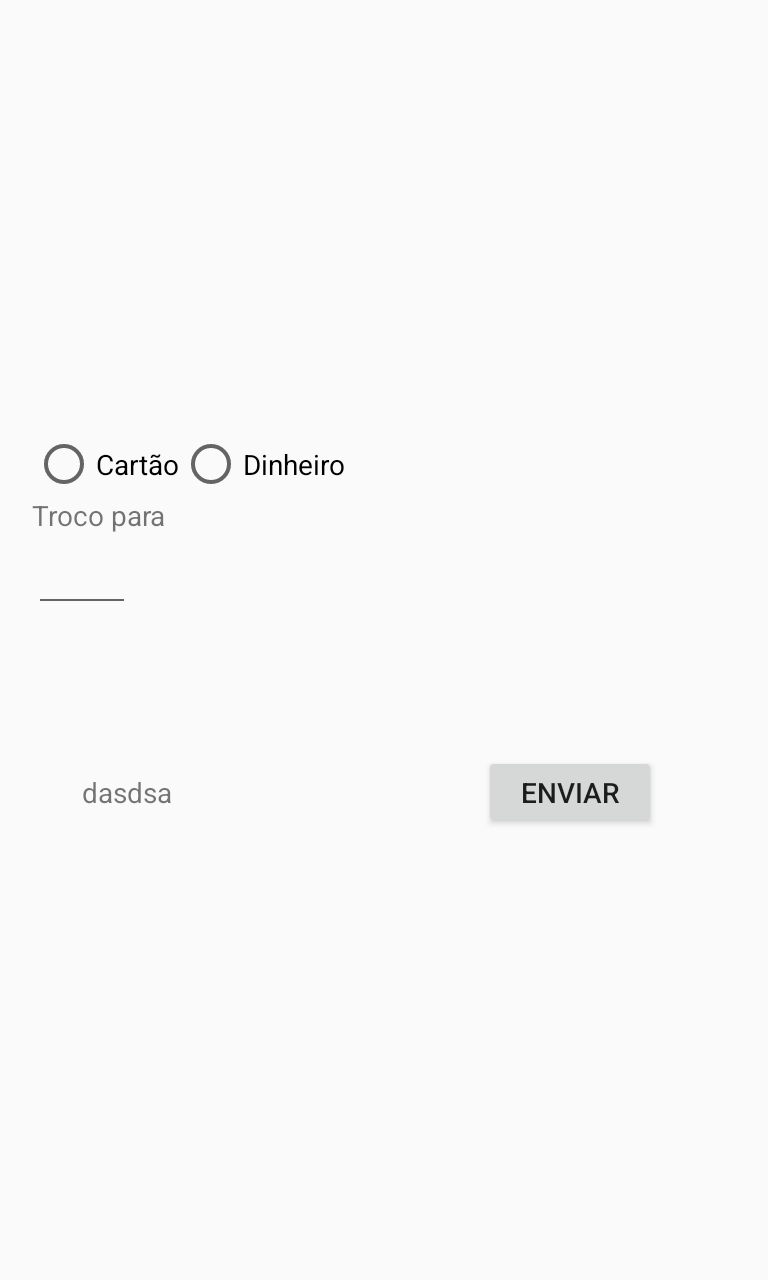
Repository: anzileiro/iot-mobilecup
Layout: iCinema/res/layout/activity_pedido.xml
The author's editor kept a copy of each file at every save. The layout is drawn from the files as they stood at one save, then again after the next save.
It is drawn on a 768 x 1280 px phone screen (xhdpi) without system bars, with theme AppTheme; the app's code is not run. Lists and similar views that code fills are empty.

Above is the layout before, as saved 2014-10-30 05:22:07.

### iCinema/res/layout/activity_pedido.xml
<RelativeLayout xmlns:android="http://schemas.android.com/apk/res/android"
    xmlns:tools="http://schemas.android.com/tools"
    android:layout_width="match_parent"
    android:layout_height="match_parent"
    android:paddingBottom="@dimen/activity_vertical_margin"
    android:paddingLeft="@dimen/activity_horizontal_margin"
    android:paddingRight="@dimen/activity_horizontal_margin"
    android:paddingTop="@dimen/activity_vertical_margin"
    tools:context=".PedidoActivity" >

    <RelativeLayout
        android:id="@+id/lstProduto"
        android:layout_width="match_parent"
        android:layout_height="200dp" >

        <ListView
            android:id="@id/android:list"
            android:layout_width="match_parent"
            android:layout_height="match_parent" />
    </RelativeLayout>

    <LinearLayout
        android:layout_width="match_parent"
        android:layout_height="200dp"
        android:layout_below="@id/lstProduto"
        android:layout_weight="0.3"
        android:orientation="vertical" >

        <LinearLayout
            android:layout_width="match_parent"
            android:layout_height="0dp"
            android:layout_weight="0.8"
            android:orientation="vertical" >

            <RadioGroup
                android:id="@+id/rgrFormaPagamento"
                android:layout_width="wrap_content"
                android:layout_height="wrap_content"
                android:orientation="horizontal" >

                <RadioButton
                    android:id="@+id/rbuCartao"
                    android:layout_width="wrap_content"
                    android:layout_height="wrap_content"
                    android:text="Cartão" />

                <RadioButton
                    android:id="@+id/rbuDinheiro"
                    android:layout_width="wrap_content"
                    android:layout_height="wrap_content"
                    android:text="Dinheiro" />
            </RadioGroup>

            <TextView
                android:layout_width="wrap_content"
                android:layout_height="wrap_content"
                android:text="Troco para" />

            <EditText
                android:id="@+id/eteTrocoPara"
                android:layout_width="50dp"
                android:layout_height="wrap_content"
                android:inputType="number" />
        </LinearLayout>

        <RelativeLayout
            android:layout_width="match_parent"
            android:layout_height="0dp"
            android:layout_weight="0.2" >

            <TextView
                android:id="@+id/txtTotal"
                android:layout_width="wrap_content"
                android:layout_height="wrap_content"
                android:layout_alignParentLeft="true"
                android:layout_centerVertical="true"
                android:layout_marginLeft="25dp"
                android:gravity="bottom|left"
                android:text="dasdsa" />

            <Button
                android:id="@+id/button1"
                android:layout_width="wrap_content"
                android:layout_height="wrap_content"
                android:layout_alignParentBottom="true"
                android:layout_alignParentRight="true"
                android:layout_marginRight="39dp"
                android:onClick="enviar"
                android:text="Enviar" />
        </RelativeLayout>
    </LinearLayout>

</RelativeLayout>

Loaded but not shown: iCinema/res/values/styles.xml (common file); iCinema/res/values-v11/styles.xml (common file); iCinema/res/values-v14/styles.xml (common file); iCinema/res/values/dimens.xml (common file); iCinema/res/values-w820dp/dimens.xml (common file)

After the next save:
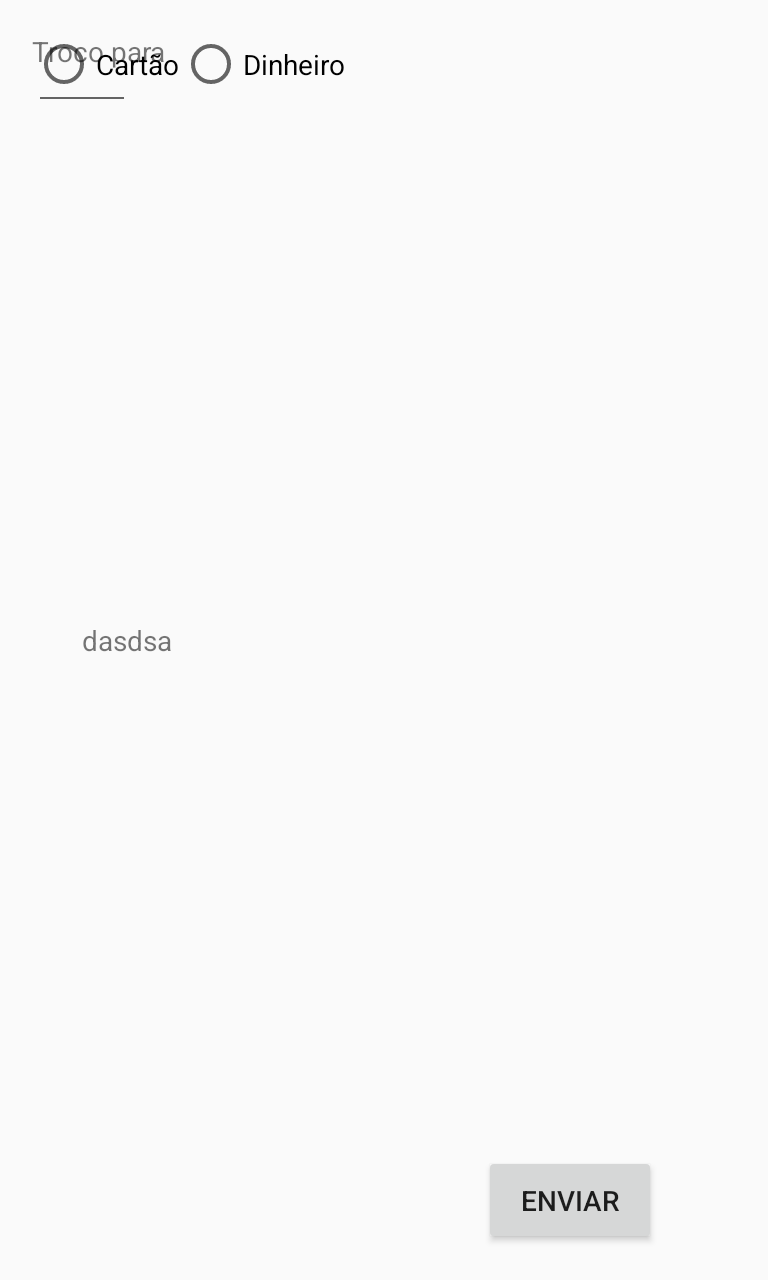
Saved 83 s later.
--- a/iCinema/res/layout/activity_pedido.xml
+++ b/iCinema/res/layout/activity_pedido.xml
@@ -8,86 +8,60 @@
     android:paddingTop="@dimen/activity_vertical_margin"
     tools:context=".PedidoActivity" >
 
-    <RelativeLayout
-        android:id="@+id/lstProduto"
+    <ListView
+        android:id="@id/android:list"
         android:layout_width="match_parent"
-        android:layout_height="200dp" >
+        android:layout_height="match_parent" />
 
-        <ListView
-            android:id="@id/android:list"
-            android:layout_width="match_parent"
-            android:layout_height="match_parent" />
-    </RelativeLayout>
+    <RadioGroup
+        android:id="@+id/rgrFormaPagamento"
+        android:layout_width="wrap_content"
+        android:layout_height="wrap_content"
+        android:orientation="horizontal" >
 
-    <LinearLayout
-        android:layout_width="match_parent"
-        android:layout_height="200dp"
-        android:layout_below="@id/lstProduto"
-        android:layout_weight="0.3"
-        android:orientation="vertical" >
+        <RadioButton
+            android:id="@+id/rbuCartao"
+            android:layout_width="wrap_content"
+            android:layout_height="wrap_content"
+            android:text="Cartão" />
 
-        <LinearLayout
-            android:layout_width="match_parent"
-            android:layout_height="0dp"
-            android:layout_weight="0.8"
-            android:orientation="vertical" >
+        <RadioButton
+            android:id="@+id/rbuDinheiro"
+            android:layout_width="wrap_content"
+            android:layout_height="wrap_content"
+            android:text="Dinheiro" />
+    </RadioGroup>
 
-            <RadioGroup
-                android:id="@+id/rgrFormaPagamento"
-                android:layout_width="wrap_content"
-                android:layout_height="wrap_content"
-                android:orientation="horizontal" >
+    <TextView
+        android:layout_width="wrap_content"
+        android:layout_height="wrap_content"
+        android:text="Troco para" />
 
-                <RadioButton
-                    android:id="@+id/rbuCartao"
-                    android:layout_width="wrap_content"
-                    android:layout_height="wrap_content"
-                    android:text="Cartão" />
+    <EditText
+        android:id="@+id/eteTrocoPara"
+        android:layout_width="50dp"
+        android:layout_height="wrap_content"
+        android:ems="10"
+        android:inputType="number" />
 
-                <RadioButton
-                    android:id="@+id/rbuDinheiro"
-                    android:layout_width="wrap_content"
-                    android:layout_height="wrap_content"
-                    android:text="Dinheiro" />
-            </RadioGroup>
+    <TextView
+        android:id="@+id/txtTotal"
+        android:layout_width="wrap_content"
+        android:layout_height="wrap_content"
+        android:layout_alignParentLeft="true"
+        android:layout_centerVertical="true"
+        android:layout_marginLeft="25dp"
+        android:gravity="bottom|left"
+        android:text="dasdsa" />
 
-            <TextView
-                android:layout_width="wrap_content"
-                android:layout_height="wrap_content"
-                android:text="Troco para" />
-
-            <EditText
-                android:id="@+id/eteTrocoPara"
-                android:layout_width="50dp"
-                android:layout_height="wrap_content"
-                android:inputType="number" />
-        </LinearLayout>
-
-        <RelativeLayout
-            android:layout_width="match_parent"
-            android:layout_height="0dp"
-            android:layout_weight="0.2" >
-
-            <TextView
-                android:id="@+id/txtTotal"
-                android:layout_width="wrap_content"
-                android:layout_height="wrap_content"
-                android:layout_alignParentLeft="true"
-                android:layout_centerVertical="true"
-                android:layout_marginLeft="25dp"
-                android:gravity="bottom|left"
-                android:text="dasdsa" />
-
-            <Button
-                android:id="@+id/button1"
-                android:layout_width="wrap_content"
-                android:layout_height="wrap_content"
-                android:layout_alignParentBottom="true"
-                android:layout_alignParentRight="true"
-                android:layout_marginRight="39dp"
-                android:onClick="enviar"
-                android:text="Enviar" />
-        </RelativeLayout>
-    </LinearLayout>
+    <Button
+        android:id="@+id/button1"
+        android:layout_width="wrap_content"
+        android:layout_height="wrap_content"
+        android:layout_alignParentBottom="true"
+        android:layout_alignParentRight="true"
+        android:layout_marginRight="39dp"
+        android:onClick="enviar"
+        android:text="Enviar" />
 
 </RelativeLayout>
